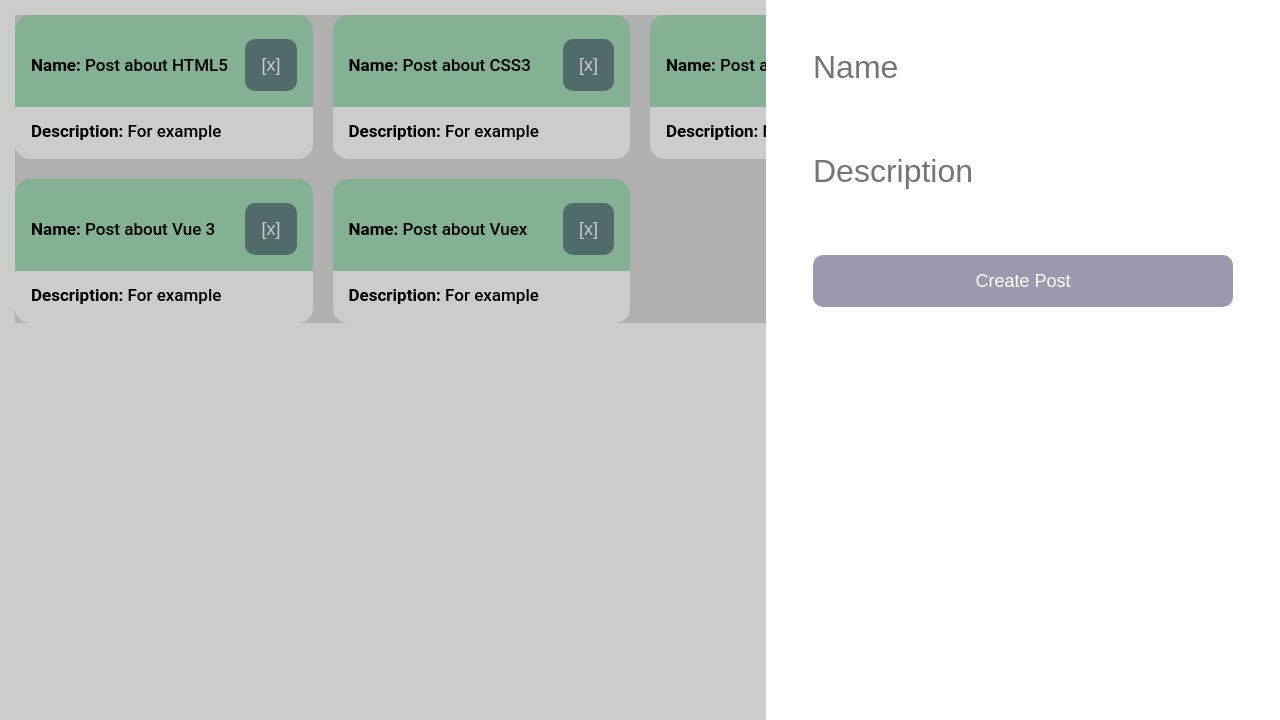
Repository: Axeliriya/vue-todo
Page: /
The author's editor kept a copy of each file at every save. The page is drawn from the files as they stood at one save, then again after the next save.
The browser window is 1280 px wide. The pictures show the whole page.
The project was rebuilt for these pictures with package versions that can differ from the ones it lists, and the page was loaded fresh each time. Also part of the build but not shown: vue.config.js.

Above is the page before, as saved 2022-04-01 20:56:22.

After the next save:
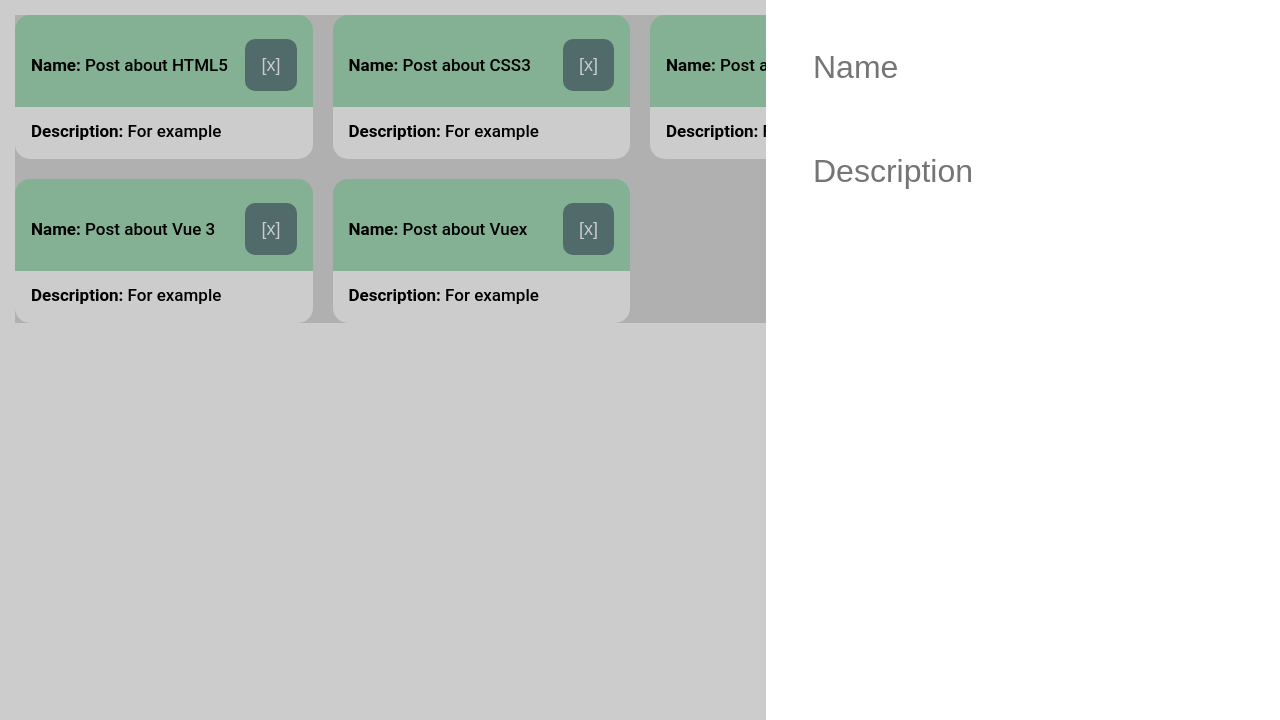
Saved 30 s later.
--- a/src/components/PostForm.vue
+++ b/src/components/PostForm.vue
@@ -7,9 +7,7 @@
       type="text"
       placeholder="Description"
     />
-    <div @click="createPost" class="button__wrapper">
-      <button class="button" @click="createPost">Create Post</button>
-    </div>
+    <div @click="createPost" class="button__wrapper"></div>
   </form>
 </template>
 
